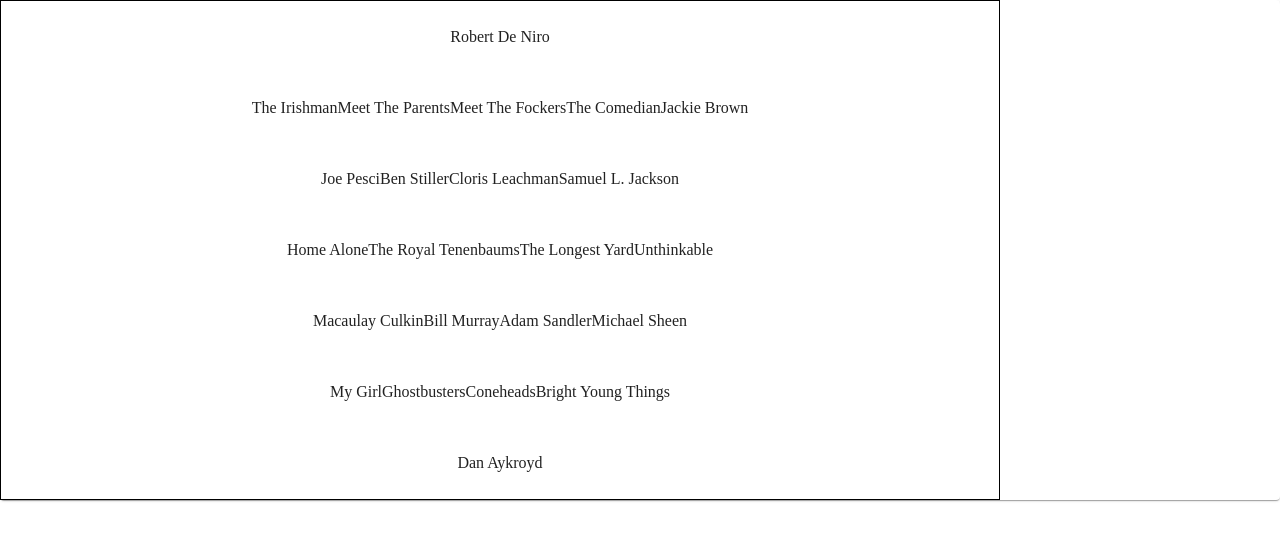
Repository: crittelmeyer/bacon
Page: /
These files come from the project's save history. The page is drawn as it stood at one moment and after the next save; the edit follows.
The browser window is 1280 px wide. The pictures show the whole page.
The project was rebuilt for these pictures with package versions that can differ from the ones it lists, and the page was loaded fresh each time. Requests to the local data server were answered from the project's data file. Also part of the build but not shown: src/components/Section.jsx, src/components/Grid.jsx, src/components/Row.jsx, src/utils/getColWidth.js, src/components/Col.jsx, src/components/Headings.jsx, src/containers/RepositoryList.jsx, src/containers/RepositorySection.jsx and 1 more.

Above is the page before, as saved 2019-12-02 15:41:38.

After the next save:
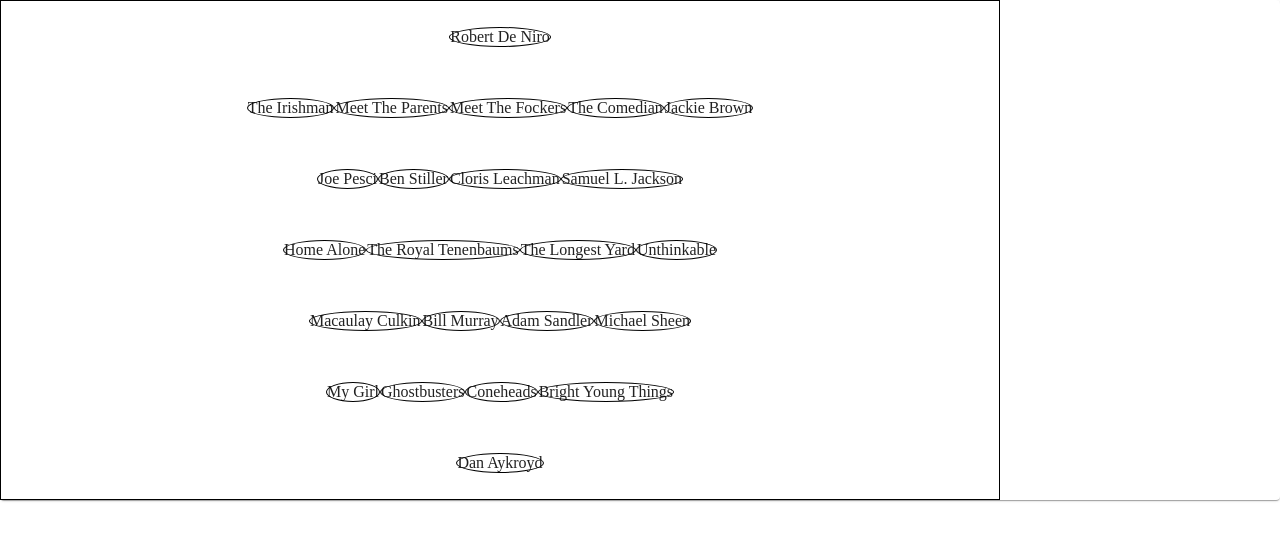
Saved 10 s later.
--- a/src/components/BaconGraph/BaconGraph.jsx
+++ b/src/components/BaconGraph/BaconGraph.jsx
@@ -24,6 +24,7 @@
     justifyContent: 'center',
   }),
   node: {
+    border: 'solid black 1px',
     borderRadius: '100%',
   },
 };
@@ -58,7 +59,7 @@
                   nodeLevel
                 )
               }
-            </div>),
+             </div>),
           nodesGrouped
         )
       }
